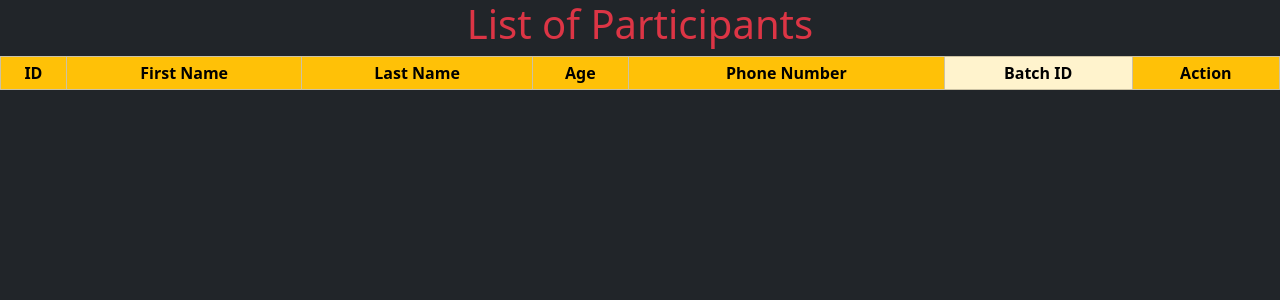
Repository: Jannis-Buschhaus/simplilearn-assessment-phase2
Page: http://localhost/FunfitWebapp/viewParticipants.jsp
The author's editor kept a copy of each file at every save. The page is drawn from the files as they stood at one save, then again after the next save.
The browser window is 1280 px wide. The pictures show the whole page.
The page is served by Tomcat 9. Other server files are loaded and not shown.

Above is the page before, as saved 2024-05-30 14:47:13.

### FunfitWebapp/src/main/webapp/viewParticipants.jsp
<%@ page language="java" contentType="text/html; charset=UTF-8"
    pageEncoding="UTF-8"%>
<%@ taglib prefix="c" uri="http://java.sun.com/jsp/jstl/core" %>
<!DOCTYPE html>
<html>
<head>
<meta charset="UTF-8">
<title>List of Participants</title>
<link href="https://cdn.jsdelivr.net/npm/bootstrap@5.3.3/dist/css/bootstrap.min.css" rel="stylesheet" integrity="sha384-QWTKZyjpPEjISv5WaRU9OFeRpok6YctnYmDr5pNlyT2bRjXh0JMhjY6hW+ALEwIH" crossorigin="anonymous">
</head>
<body class="bg-dark">
	<script type="text/javascript">
		async function deleteParticipant(partId) {
			var result
			try {
				result = await fetch("/FunfitWebapp/ParticipantsController?id="+partId,  {
	    			method: 'DELETE'
	  			})
			} catch (e) {
				result = e
				console.log(result)
			} finally {
				window.location.replace("ParticipantsController?target=viewParticipants")
			}
		}

		function showUpdate(partId, fname, lname, age, phoneNumber, batchId) {
			document.getElementById("updateParticipant").hidden = false
			document.getElementById("partId").value = partId
			document.getElementById("fname").value = fname
			document.getElementById("lname").value = lname
			document.getElementById("age").value = age
			document.getElementById("phoneNumber").value = phoneNumber
			document.getElementById("batchId").value = batchId
		}
	</script>
	<div class="text-center">
		<h1 class="text-danger">List of Participants</h1>
		<table class="table table-warning table-bordered table-hover table-sm">
			<tr>
				<th class="bg-warning">ID</th><th class="bg-warning">First Name</th><th class="bg-warning">Last Name</th><th class="bg-warning">Age</th><th class="bg-warning">Phone Number</th><th>Batch ID</th><th class="bg-warning">Action</th>
			</tr>
			<c:forEach items="${ sessionScope.participants }" var="p">
				<tr>
					<td>${ p.getPartId() }</td>
					<td>${ p.getFname() }</td>
					<td>${ p.getLname() }</td>
					<td>${ p.getAge() }</td>
					<td>${ p.getPhoneNumer() }</td>
					<td>${ p.getBatchId() }</td>
					<td>
						<button onclick="deleteParticipant(partId='${ p.getPartId() }')">delete</button>
						<button onclick="showUpdate(partId='${ p.getPartId() }', fname='${ p.getFname() }', lname='${ p.getLname() }', age='${ p.getAge() }', phoneNumber='${ p.getPhoneNumer() }', batchId='${ p.getBatchId() }' )">update</button>
					</td>
				</tr>
			</c:forEach>
		</table>
		<div id="updateParticipant" hidden>
			<h1>Update Participant</h1>
			<form method="post" action="ParticipantsController">
				<label for="partId">Participant ID: </label>
					<input readonly type="text" name="partId" id="partId" /><br />
				<label for="fname">First Name: </label>
					<input type="text" name="fname" id="fname" /><br />
				<label for="lname">Last Name: </label>
					<input type="text" name="lname" id="lname" /><br />
				<label for="age">Age: </label>
					<input type="number" name="age" id="age" /><br />
				<label for="phoneNumber">Phone Number: </label>
					<input type="text" name="phoneNumber" id="phoneNumber" /><br />
				<label for="batchId">batch: </label>
					<select id="batchId" name="batchId">
						<c:forEach var="batch" items="${ sessionScope.batch }">
							<option value="${ batch.getBatchId() }">${ batch.getTypeOfBatch() } ${ batch.getTime() }</option>
						</c:forEach>
					</select><br />
				<input type="radio" name="update" value="update" checked  hidden/>
				<button type="submit">Update Participant</button>
			</form>
		</div>
	</div>
</body>
</html>

After the next save:
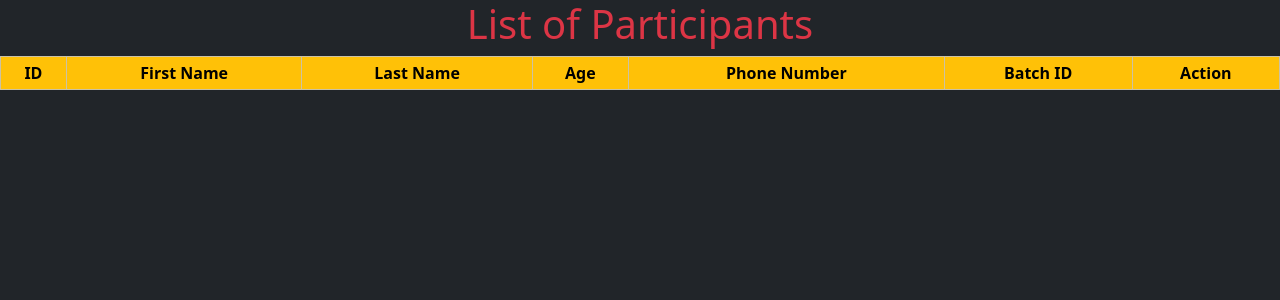
Saved 12 s later.
--- a/FunfitWebapp/src/main/webapp/viewParticipants.jsp
+++ b/FunfitWebapp/src/main/webapp/viewParticipants.jsp
@@ -38,7 +38,7 @@
 		<h1 class="text-danger">List of Participants</h1>
 		<table class="table table-warning table-bordered table-hover table-sm">
 			<tr>
-				<th class="bg-warning">ID</th><th class="bg-warning">First Name</th><th class="bg-warning">Last Name</th><th class="bg-warning">Age</th><th class="bg-warning">Phone Number</th><th>Batch ID</th><th class="bg-warning">Action</th>
+				<th class="bg-warning">ID</th><th class="bg-warning">First Name</th><th class="bg-warning">Last Name</th><th class="bg-warning">Age</th><th class="bg-warning">Phone Number</th><th class="bg-warning">Batch ID</th><th class="bg-warning">Action</th>
 			</tr>
 			<c:forEach items="${ sessionScope.participants }" var="p">
 				<tr>
